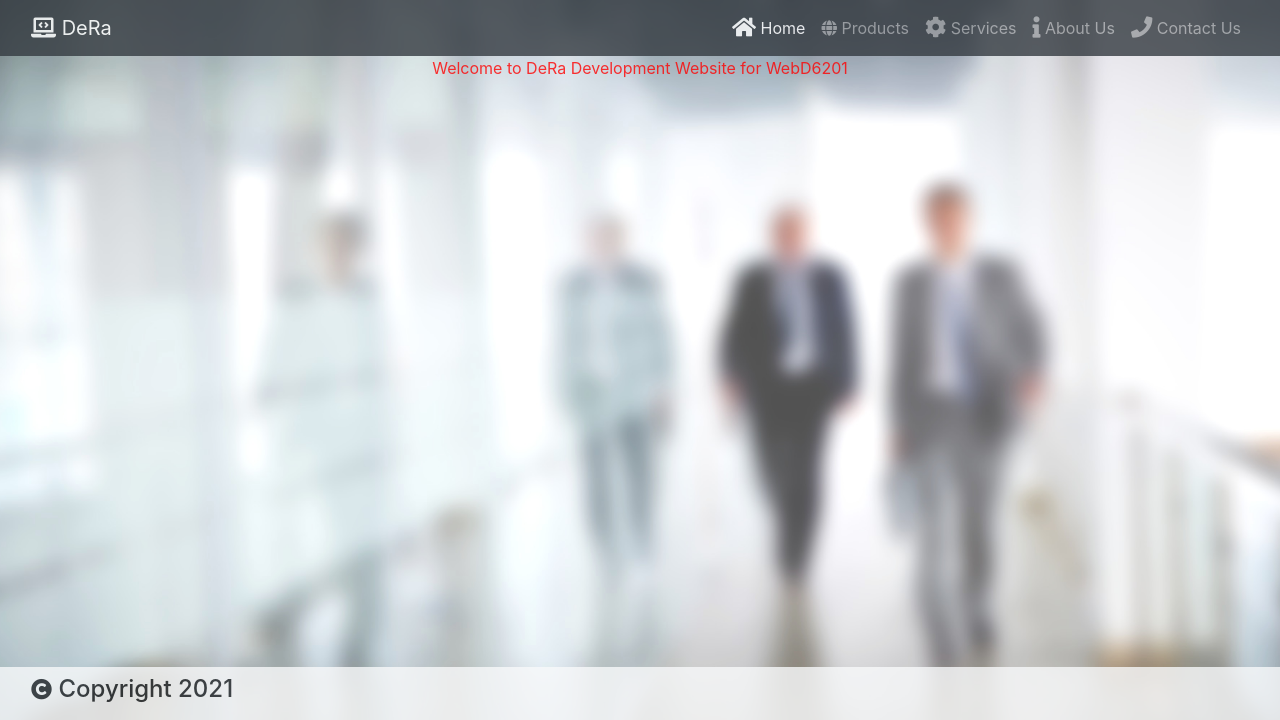
Repository: deividwsantoss/web6201-Lab1
Page: index.html
These files come from the project's save history. The page is drawn as it stood at one moment and after the next save; the edit follows.
The browser window is 1280 px wide. The pictures show the whole page.

Above is the page before, as saved 2021-02-03 08:05:15.
Console error (its wording comes from the project's code and is left out).

### index.html
<!DOCTYPE html>
<html lang="en">
<head>
    <meta charset="UTF-8">
    <meta name="viewport" content="width=device-width, initial-scale=1.0">
    <title>Home</title>
</head>
<!-- CSS SECTION-->
<link rel="stylesheet" href="./node_modules/bootstrap/dist/css/bootstrap.min.css">
<link rel="stylesheet" href="./node_modules/@fortawesome/fontawesome-free/css/all.min.css">
<link rel="stylesheet" href="./Content/app.css">

<body class="bg">
    <!-- Main Header-->
    <header>
        <!-- Main Navegation-->
        <nav class="navbar navbar-expand-lg navbar-dark bg-dark">
            <div class="container-fluid">
              <a class="navbar-brand" href="Index.html"><i class="fas fa-laptop-code"></i> DeRa</a>
              <button class="navbar-toggler" type="button" data-bs-toggle="collapse" data-bs-target="#navbarSupportedContent" aria-controls="navbarSupportedContent" aria-expanded="false" aria-label="Toggle navigation">
                <span class="navbar-toggler-icon"></span>
              </button>
              <div class="collapse navbar-collapse" id="navbarSupportedContent">
                <ul class="navbar-nav ml-auto mb-2 mb-lg-0">
                  <li class="nav-item">
                    <a class="nav-link active" aria-current="page" href="Index.html"><i class="fas fa-home fa-lg"></i> Home</a>
                  </li>
                  <li class="nav-item">
                    <a class="nav-link" aria-current="page" href="products.html"><i class="fas fa-globe"></i> Products</a>
                  </li>
                  <li class="nav-item">
                    <a class="nav-link" aria-current="page" href="services.html"><i class="fas fa-cog fa-lg"></i> Services</a>
                  </li>
                  <li class="nav-item">
                    <a class="nav-link" aria-current="page" href="about.html"><i class="fas fa-info fa-lg"></i> About Us</a>
                  </li>
                  <li class="nav-item">
                    <a class="nav-link" aria-current="page" href="contact.html"><i class="fas fa-phone fa-lg"></i> Contact Us</a>
                  </li>

                </ul>

              </div>
            </div>
          </nav>

    </header>

    <!-- Main Content-->
        <main class="container">
          <div class="text-md-center">

              <p id="paragraphOne"> </p>

          </div>
        </main>
        <!-- Main Footer-->
        <footer>
          <nav class="navbar fixed-bottom navbar-light bg-light">
              <div class="container-fluid ">
                  <h4 id="welcome"><i class="fas fa-copyright fa-sm"></i> Copyright 2021 </h4>
              </div>
            </nav>

      </footer>
    <!--- Script Section-->
    <script src="./node_modules/bootstrap/dist/js/bootstrap.bundle.min.js"></script>
    <script src="./node_modules/jquery/dist/jquery.min.js"></script>
    <script src="./Scripts/app.js"></script>
</body>

</html>

### Content/app.css
/* Custom CSS goes here */
body,html{
    height: 100%;
    margin: 0;
}
.bg{
    background-image: url("Background-White.jpg");
    background-repeat: no-repeat;
    background-size: cover;
    background-position: center;
    opacity: 0.8;
}

.contactimage{
    background-image:url("contactimg.jpg");
    background-repeat: no-repeat;
    background-size: cover;
    background-position: center;
    opacity: 0.8;
}
.productsbg {
    background-image:url("productsbg.jpg");
    background-repeat: no-repeat;
    background-size: cover;
    background-position: center;
    opacity: 0.8;
}

.servicesbackgroud{
    background-image:url("services.jpg");
    background-repeat: no-repeat;
    background-size: cover;
    background-position: center;
    opacity: 0.8;
}
.aboutus{
    background-image:url("bgimage.jpg");
    background-repeat: no-repeat;
    background-size: cover;
    background-position: center;
    opacity: 0.8;
}

#paragraphOne {
    color: red;
    font-size: 100%;
}

### Scripts/app.js
/* Custom JavaScript goes here */


"use strict";

(function(){


    function displayHome(){
        let paragraphOneText = "Welcome to DeRa Development Website for WebD6201";
        let paragraphOneElement = document.getElementById("paragraphOne");

        paragraphOneElement.textContent = paragraphOneText;
        paragraphOneElement.className = "fs-6 align-middle";
    }
    function displayAbout(){

    }
    function displayProducts(){

    }
    function displayServices(){

    }
    function displayContact(){

        let messageArea = document.getElementById("messageArea");
        messageArea.hidden = true;

        //Form Validation...

        let fullName = document.getElementById("fullName");
        fullName.addEventListener("blur", function(){
            if(fullName.value.length < 2){
                fullName.focus;
                fullName.select();
                messageArea.hidden = false;
                messageArea.className = "alert alert-danger";
                messageArea.textContent = "Please, Enter an appropriate name."
            }
            else{
                messageArea.removeAttribute("Class");
                messageArea.hidden = true;
            }
        });

        //validating number
        let contactNumber = document.getElementById("contactNumber");
        contactNumber.addEventListener("blur", function(){

            if(contactNumber.value.length < 10 || contactNumber.value.length > 10 )
            {
                contactNumber.focus;
                contactNumber.select();
                messageArea.hidden = false;
                messageArea.className = "alert alert-danger";
                messageArea.textContent = "Please, Insert a valid Number";
            }
            else {
                messageArea.removeAttribute("Class");
                messageArea.hidden = true;
            }

        });

        // Validating short text
        let shortMessage = document.getElementById("shortMessage");
        shortMessage.addEventListener("blur", function(){

            if(shortMessage.value.length > 50){
                shortMessage.focus;
                shortMessage.select();
                messageArea.hidden = false;
                messageArea.className = "alert alert-danger";
                messageArea.textContent = "Maximum characters allowed (50)";
            }
            else{
                messageArea.removeAttribute("Class");
                messageArea.hidden = true;
            }
        });

        let sendButton = document.getElementById("sendButton");
        sendButton.addEventListener("click", function(event){
            event.preventDefault();
        });
        document.getElementById("sendButton").onclick = function (){
            location.href = "index.html"
        };

    }


    function Start(){
        console.log("App Start...");

        switch (document.title) {

            case 'Home':
                displayHome();
                break;
            case 'About':
                displayAbout();
                break;
            case 'Products':
                displayProducts();
                break;
            case 'Services':
                displayServices();
                break;
            case 'Contact':
                displayContact();
                break;

        }


    }
    window.addEventListener("load",Start);

})();

Loaded but not shown: node_modules/bootstrap/dist/css/bootstrap.min.css (library); node_modules/@fortawesome/fontawesome-free/css/all.min.css (library); node_modules/bootstrap/dist/js/bootstrap.bundle.min.js (library); node_modules/jquery/dist/jquery.min.js (library)

After the next save:
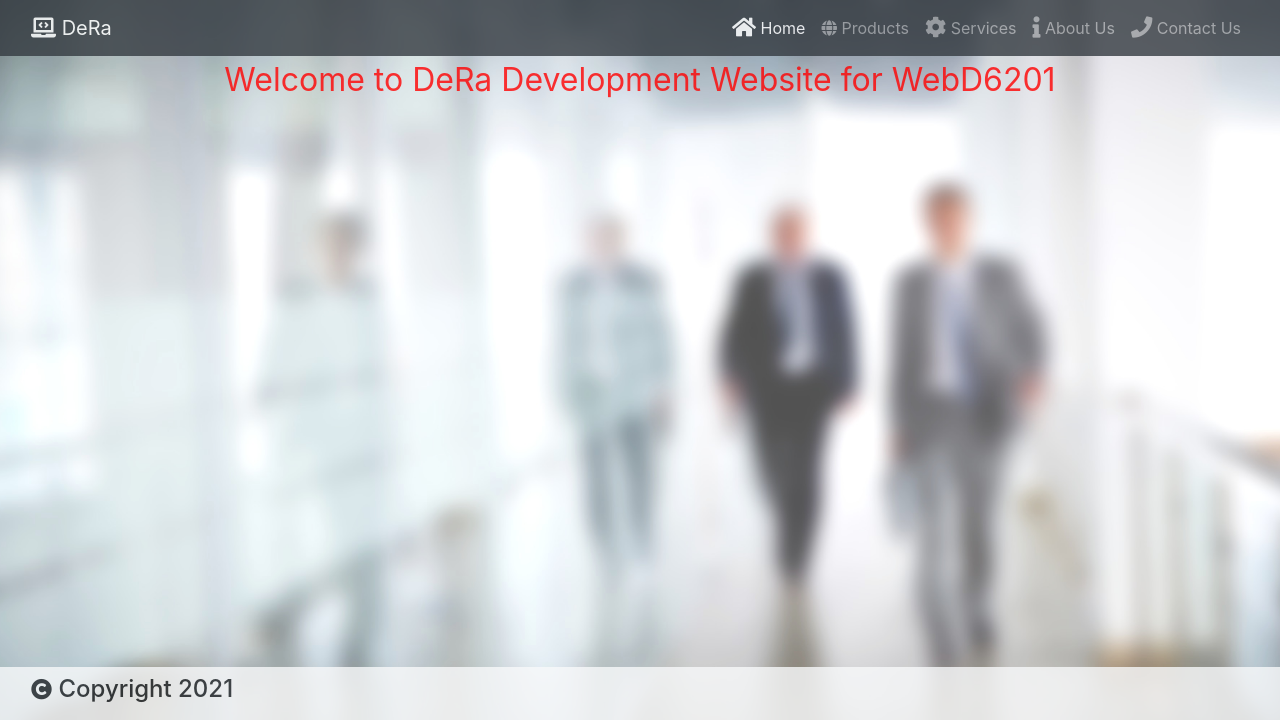
Saved 8 s later.
--- a/Content/app.css
+++ b/Content/app.css
@@ -43,5 +43,5 @@ body,html{
 
 #paragraphOne {
     color: red;
-    font-size: 100%;
+    font-size: 200%;
 }
